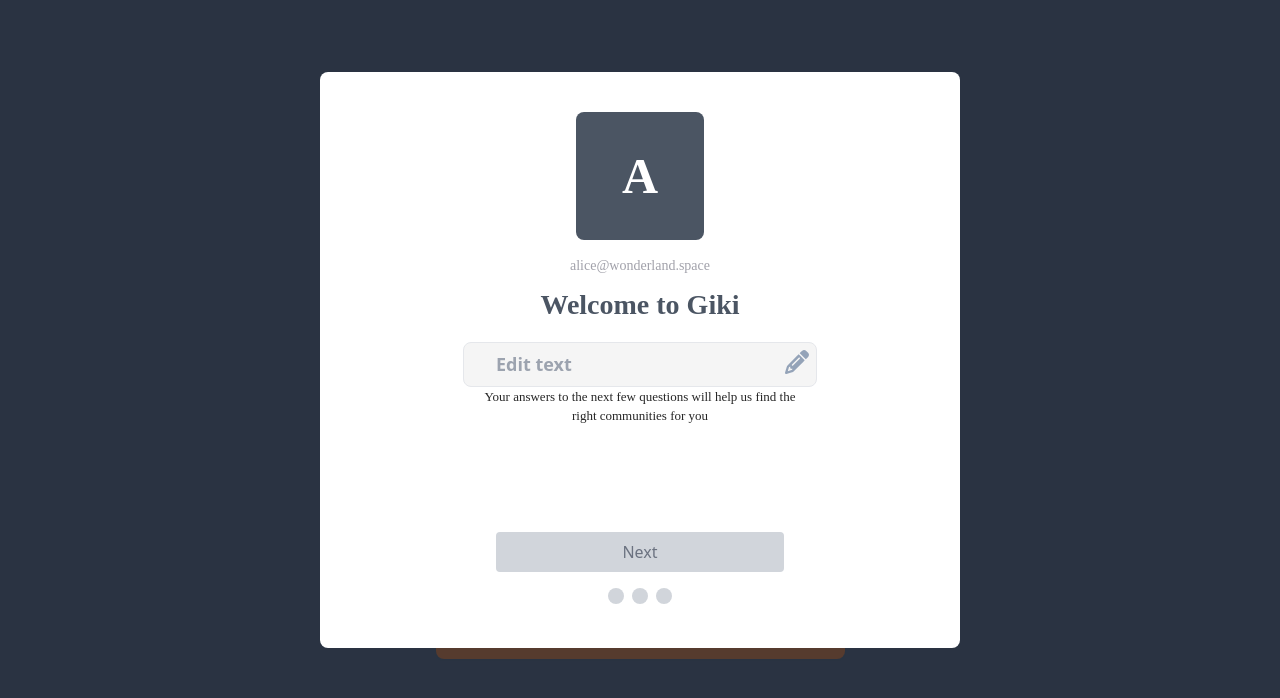
Repository: ZakariaZhlat125/lucatctyteste
Page: /, after clicking the first element matching `button.mt-36`
An editor plug-in stored every save of this project. The page is shown before and after the next save, followed by the edit.
The browser window is 1280 px wide. The pictures show the whole page.
The project was rebuilt for these pictures with package versions that can differ from the ones it lists, and the page was loaded fresh each time. Also part of the build but not shown: vite.config.js, src/Components/ModalComponents/PickLang.jsx, src/Components/ModalComponents/SelectImage.jsx.

Above is the page before, as saved 2023-09-29 13:52:40.

After the next save:
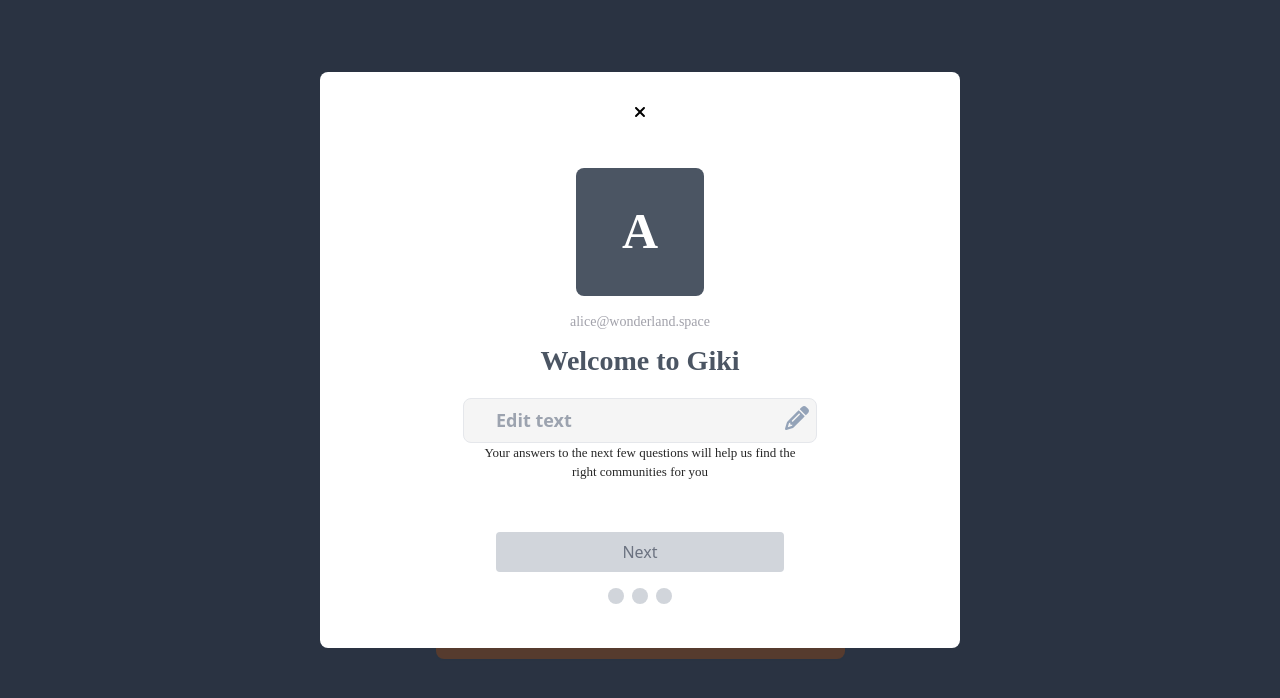
Saved 24 s later.
--- a/src/Components/ModalComponents/Modal.jsx
+++ b/src/Components/ModalComponents/Modal.jsx
@@ -53,6 +53,9 @@
     <div className="fixed inset-0 flex justify-center items-center z-50">
       <div className="fixed inset-0 bg-gray-800 opacity-75"></div>
       <div className="bg-white w-[40rem] h-[36rem]  rounded-lg p-8 z-50 relative flex flex-col justify-between items-center">
+      <FontAwesomeIcon
+          icon={faTimes}
+          onClick={onClose} />
         {currentPage === 1 && (
           <Welcom
             inputValueName={inputValueName}
